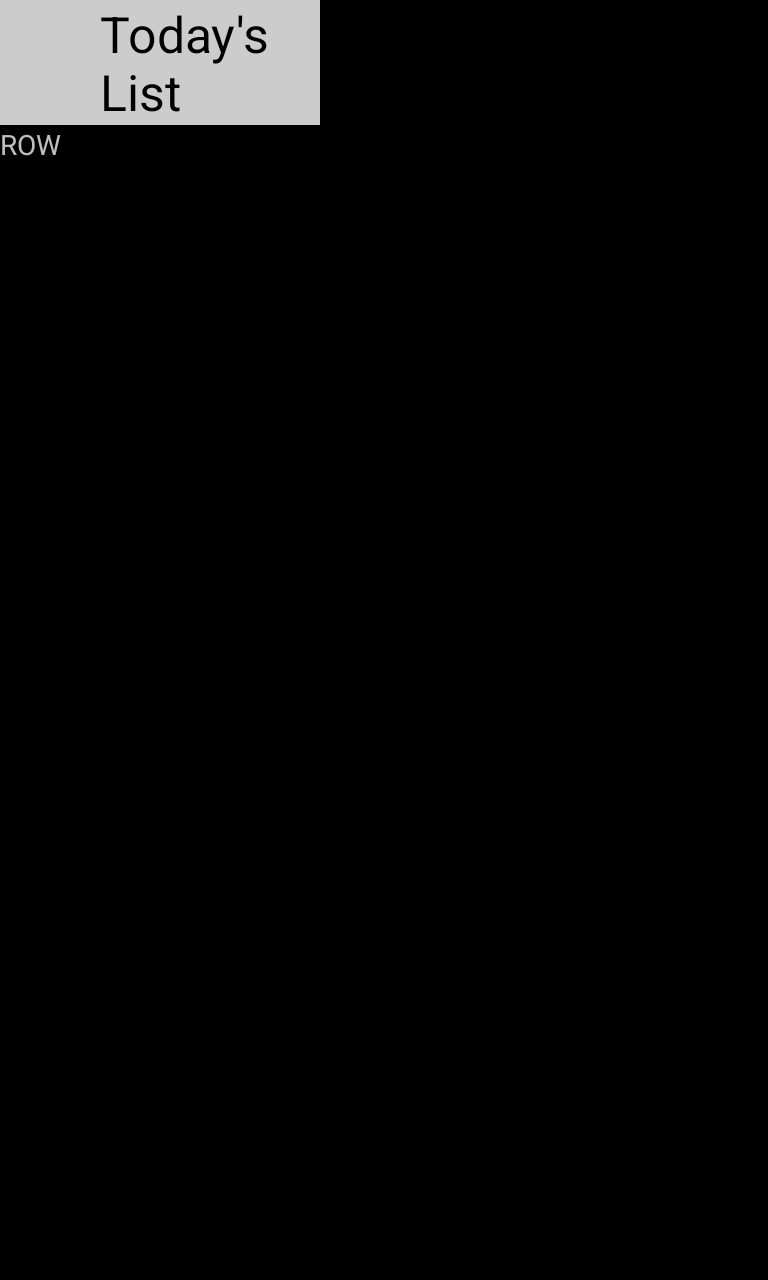
Repository: adatta02/comp194ma
Layout: hello_world/res/layout/main.xml
These files come from the project's save history. The layout is drawn as it stood at one moment and after the next save; the edit follows.
It is drawn on a 768 x 1280 px phone screen (xhdpi) without system bars, with theme android:Theme; the app's code is not run.

Above is the layout before, as saved 2009-02-03 05:07:50.

After the next save:
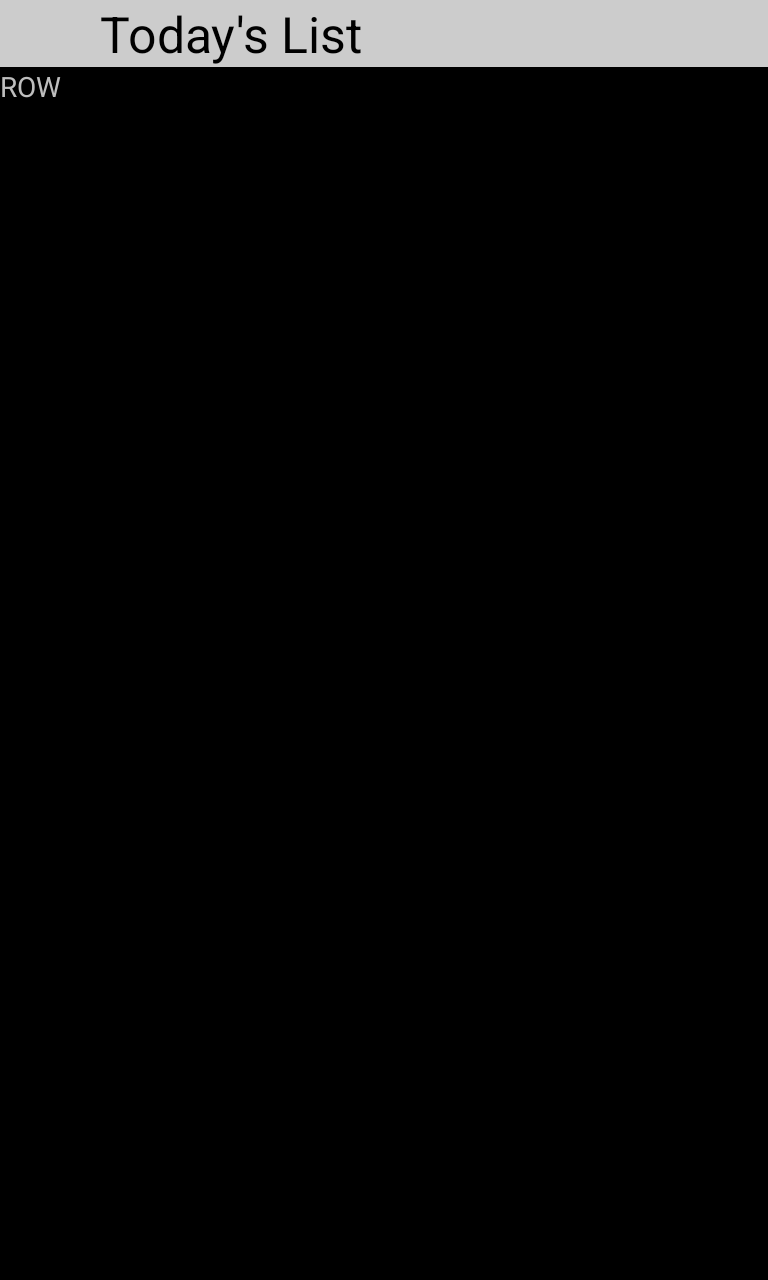
Saved 3 min 52 s later.
--- a/hello_world/res/layout/main.xml
+++ b/hello_world/res/layout/main.xml
@@ -5,7 +5,7 @@
     android:layout_height="fill_parent"
     >
 
-<TextView android:id="@+id/TextView01" android:layout_width="wrap_content" android:layout_height="wrap_content" android:text="Today's List" android:textSize="25sp" android:background="#cccccc" android:textColor="#000000" android:width="320px" android:paddingLeft="100px"></TextView>
+<TextView android:id="@+id/TextView01" android:layout_height="wrap_content" android:text="Today's List" android:textSize="25sp" android:background="#cccccc" android:textColor="#000000" android:paddingLeft="100px" android:layout_width="fill_parent"></TextView>
 <TableLayout android:id="@+id/TableLayout01" android:layout_width="wrap_content" android:layout_height="wrap_content"><TableRow android:id="@+id/TableRow01" android:layout_width="wrap_content" android:layout_height="wrap_content"><TextView android:id="@+id/TextView02" android:layout_width="wrap_content" android:layout_height="wrap_content" android:text="ROW"></TextView>
 </TableRow>
 </TableLayout>
